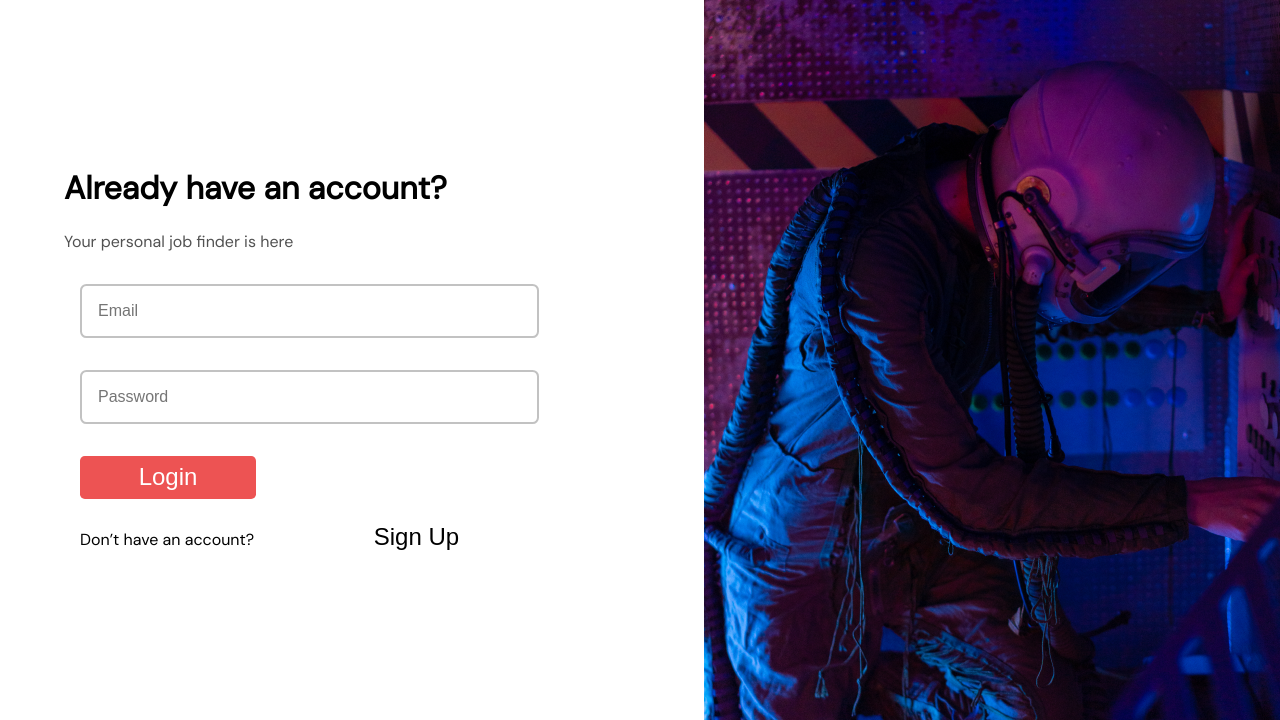
Repository: drumsmanku/node-capstone-project-1
Page: /login (app in client/)
The author's editor kept a copy of each file at every save. The page is drawn from the files as they stood at one save, then again after the next save.
The browser window is 1280 px wide. The pictures show the whole page.
The project was rebuilt for these pictures with package versions that can differ from the ones it lists, and the page was loaded fresh each time. Also part of the build but not shown: client/src/components/Register.js, client/src/components/AddJob.js, client/src/components/Success.js, client/src/components/JobMainPage.js, client/src/components/EditJob.js, client/src/components/JobDetails.css, client/src/components/JobDetails.js, client/src/components/FailedLogin.js and 1 more.

Above is the page before, as saved 2023-07-23 19:12:37.

After the next save:
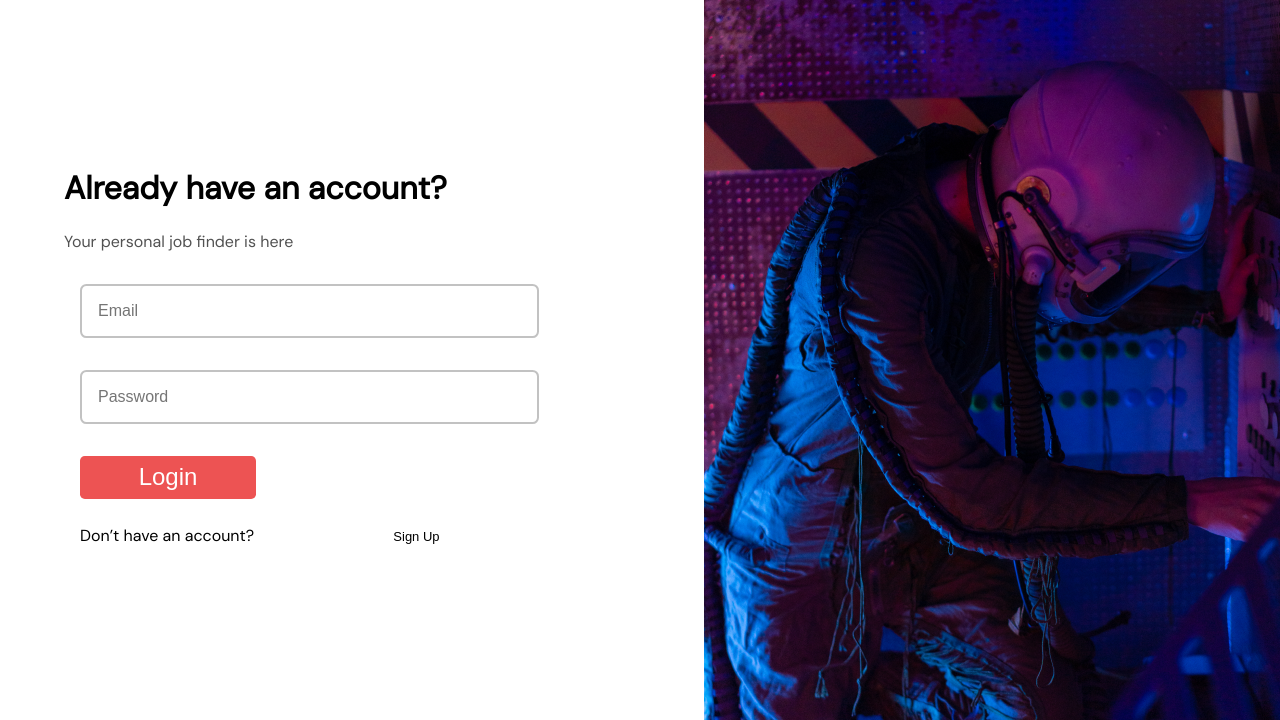
Saved 16 s later.
--- a/client/src/components/Login.js
+++ b/client/src/components/Login.js
@@ -53,7 +53,7 @@ function Login() {
 
           </div>
           <button type='submit' style={{cursor:'pointer'}} onClick={login} >Login</button>
-          <span style={{marginLeft:'5rem'}}>Don’t have an account? <button style={{background:'none', color:'black'}} onClick={()=>{navigate('/register')}}>Sign Up</button></span>
+          <span style={{marginLeft:'5rem'}}>Don’t have an account? <button style={{background:'none', color:'black', fontSize:'small'}} onClick={()=>{navigate('/register')}}>Sign Up</button></span>
         </form>
       </div>
       <div className='login-right-container' style={{backgroundImage:`url(${img1})`}}></div>
